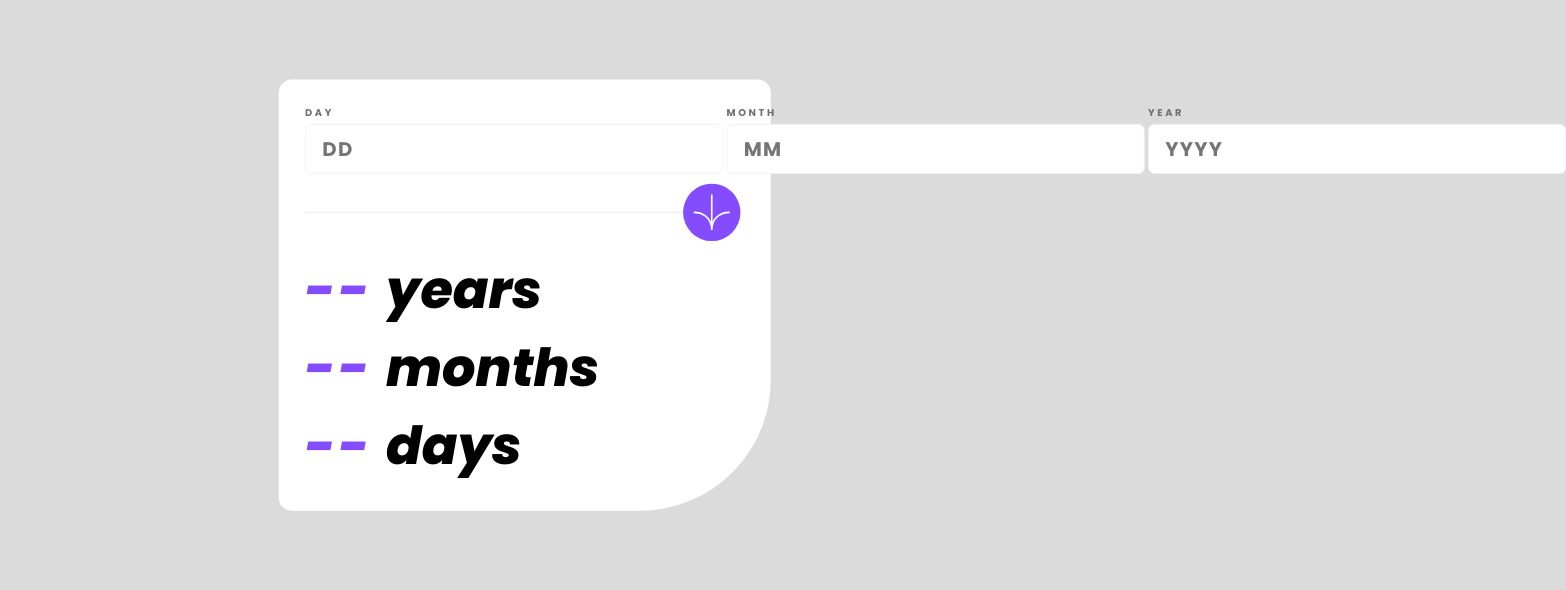
Repository: blordeus/age-calculator-app
Page: /
The author's editor kept a copy of each file at every save. The page is drawn from the files as they stood at one save, then again after the next save.
The browser window is 1280 px wide. The page is 1910 px wide, then 1280 px, then 1910 px, so the pictures cover 1910 px, including what lies to the right of the window. The pictures show the whole page, at 82% of full size.
The project was rebuilt for these pictures with package versions that can differ from the ones it lists, and the page was loaded fresh each time.

Above is the page before, as saved 2023-08-23 16:02:16.

### src/App.js
 import { useState } from "react";
 import "./style.css";

 import arrowIcon from './images/icon-arrow.svg'

const App = () => {
  const [formData, setFormData] = useState({
    day: "",
    month: "",
    year: "",
  });

  const [formErrors, setFormErrors] = useState({
    day: "",
    month: "",
    year: "",
    generic: "",
  });

  const [output, setOutput] = useState({
    days: "",
    months: "",
    years: "",
  });

  const hasErrors = formErrors.day || formErrors.month || formErrors.year || formErrors.generic;

  return (
    <div className="card-container">
      <div className="inputs-container">
      <div className="input-label-container">
        <label htmlFor="day" style={{
          color: hasErrors ? "hsl(0,100%,67%)" : "hsl(0,1%,44%)",
        }}>Day</label>
        <input
        type="number"
        id="day"
        placeholder="DD"
        min={1}
        value={formData.day}
        style={{
          border: hasErrors
          ? '1px solid hsl(0,100%,67%)'
          : '1px solid hsl(0,0%,94%)'
        }}
        onChange={(e) =>
        setFormData((prevState) =>
        ({...prevState,
          day:e.target.value}))}
        />
        {formErrors.day && <p className="error">{formErrors.day}</p>}
      </div>

      <div className="input-label-container">
        <label htmlFor="month" style={{
          color: hasErrors ? "hsl(0,100%,67%)" : "hsl(0,1%,44%)",
        }}>Month</label>
        <input
        type="number"
        id="day"
        placeholder="MM"
        min={1}
        value={formData.month}
        style={{
          border: hasErrors
          ? '1px solid hsl(0,100%,67%)'
          : '1px solid hsl(0,0%,94%)'
        }}
        onChange={(e) =>
        setFormData((prevState) =>
        ({...prevState,
          month:e.target.value}))}
        />
        {formErrors.month && <p className="error">{formErrors.month}</p>}
      </div>

      <div className="input-label-container">
        <label htmlFor="year" style={{
          color: hasErrors ? "hsl(0,100%,67%)" : "hsl(0,1%,44%)",
        }}>Year</label>
        <input
        type="number"
        id="year"
        placeholder="YYYY"
        min={1}
        value={formData.year}
        style={{
          border: hasErrors
          ? '1px solid hsl(0,100%,67%)'
          : '1px solid hsl(0,0%,94%)'
        }}
        onChange={(e) =>
        setFormData((prevState) =>
        ({...prevState,
          year:e.target.value}))}
        />
        {formErrors.year && <p className="error">{formErrors.year}</p>}
      </div>
    </div>

    {formErrors.generic && (
      <p className="error generic">{formErrors.generic}</p>
    )}

<div className="divider-container">
  <div className="divider"></div>

  <button className="btn" onClick={() => null}>
    <img src={arrowIcon} alt="arrowIcon" />
  </button>
</div>

<div className="output-container">
  <h1>
    <span className="highlighted">
    {output.years === "" ? '--' : output.years}{" "}
    </span>
    {output.years === 1 ? 'year' : "years"}
    </h1>

    <h1>
    <span className="highlighted">
    {output.months === "" ? '--' : output.months}{" "}
    </span>
    {output.months === 1 ? 'month' : "months"}
    </h1>

    <h1>
    <span className="highlighted">
    {output.days === "" ? '--' : output.days}{" "}
    </span>
    {output.days === 1 ? 'day' : "days"}
    </h1>
</div>
    </div>
  );
};

export default App;

### src/style.css
@import url("https://fonts.googleapis.com/css2?family=Poppins:ital,wght@0,700;1,400;1,800&display=swap");

* {
  box-sizing: border-box;
  margin: 0;
  padding: 0;
  font-family: "Poppins", sans-serif;
}

:root {
  --Purple: hsl(259, 100%, 65%);
  --Light-red: hsl(0, 100%, 67%);
  --White: hsl(0, 0%, 100%);
  --Off-white: hsl(0, 0%, 94%);
  --Light-grey: hsl(0, 0%, 86%);
  --Smokey-grey: hsl(0, 1%, 44%);
  --Off-black: hsl(0, 0%, 8%);
}

body {
  background-color: var(--Light-grey);
  min-height: 100vh;
  display: flex;
  align-items: center;
  justify-content: center;
}

.card-container {
  width: 600px;
  border-radius: 1rem 1rem 10rem 1rem;
  background-color: var(--White);
  padding: 2rem;
  max-width: 90vw;
  margin-top: 1rem;
  margin-bottom: 1rem;
}

.inputs-container {
  display: flex;
  gap: 0.25rem;
}

.input-label-container {
  display: flex;
  flex-direction: column;
  gap: 0.25rem;
  flex: 1;
}

.input-label-container label {
  text-transform: uppercase;
  font-size: 0.75rem;
  letter-spacing: 0.2rem;
}

.input-label-container input {
  width: 130opx;
  padding: 0.75rem 1rem 0.75rem 1.25rem;
  font-size: 1.5rem;
  color: var(--Off-black);
  border-radius: 0.5rem;
  outline: none;
  letter-spacing: 0.1rem;
}

.error {
  color: var(--Light-red);
  font-weight: 400;
  font-style: italic;
  margin-top: 0.25rem;
  letter-spacing: 0.1rem;
  font-size: 0.75rem;
}

.error.generic {
  margin-top: 0.5rem;
}

.divider-container {
  display: flex;
  align-items: center;
  margin-top: 0.75rem;
  margin-bottom: 0.75rem;
}

.divider {
  height: 2px;
  background-color: var(--Off-white);
  width: 86%;
}

.btn {
  width: 70px;
  height: 70px;
  border-radius: 50%;
  background-color: var(--Purple);
  border:none;
  cursor: pointer;
  display: flex;
  align-items: center;
  justify-content: center;
}

.btn:hover {
  background-color: var(--Off-Black);
}

.output-container h1 {
  font-size: 4rem;
  font-weight: 800;
  font-style: italic;
}

.output-container .highlighted {
  color: var(--Purple);
  letter-spacing: 0.25rem;
}

@media only screen and (max-width: 620px) {
  .divider-container {
    display: block;
    position: relative;
    margin-top: 3rem;
    margin-bottom: 3rem;
  }

  .divider {
  width: 100%;
}

.btn {
  position: absolute;
  left: 50%;
  top: 50%;
  transform: translate(-50%, -50%);
}

.inputs-container {
  gap: 0.85rem;
}

.input-label-container input {
  font-size: 1rem;
}

.output-container h1 {
  font-size: 2.5rem;
}
}

@media only screen and (max-width: 530px) {
.inputs-container {
  flex-direction: column;
}

.input-label-container {
  width: 100%;
}

.input-label-container input {
  width: 100%;
}

.card-container {
  border-radius: 1rem 1rem 5rem 1rem;
}
}

Loaded but not shown: src/index.js (common file)

After the next save:
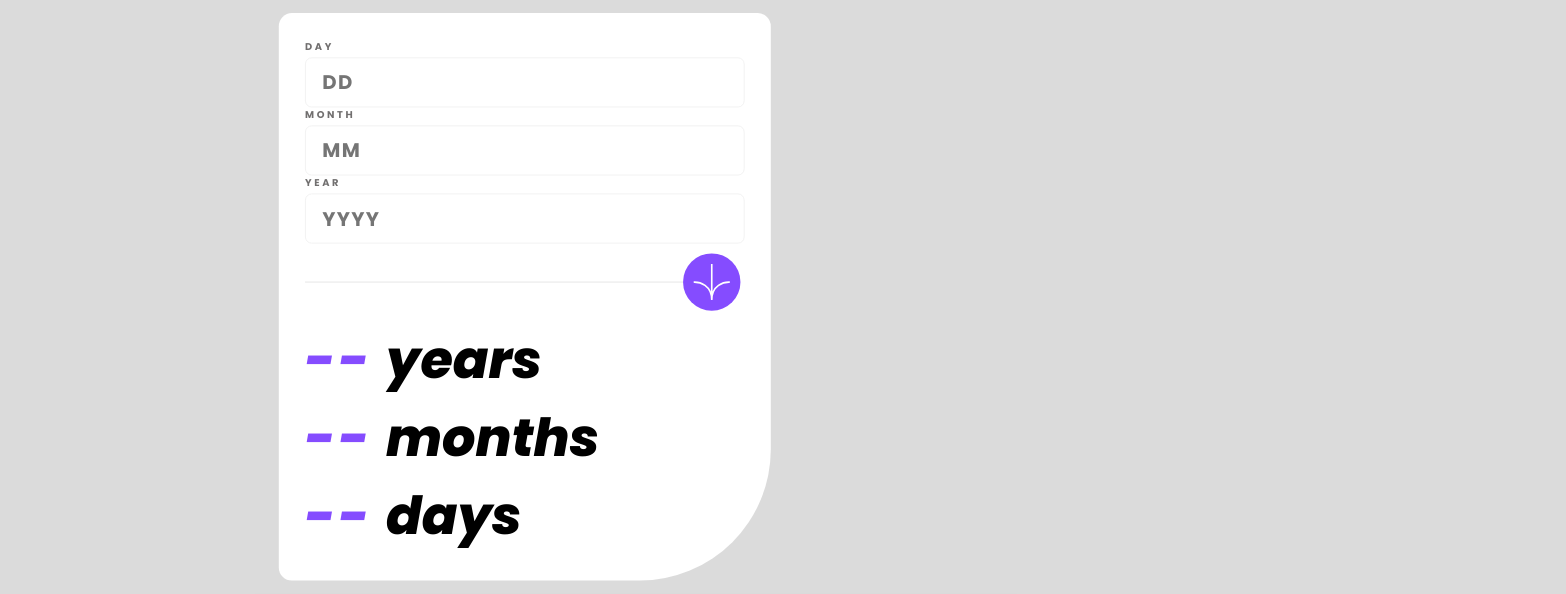
Saved 53 s later.
--- a/src/style.css
+++ b/src/style.css
@@ -36,7 +36,7 @@
 }
 
 .inputs-container {
-  display: flex;
+  display: ;
   gap: 0.25rem;
 }
 

After the save that followed:
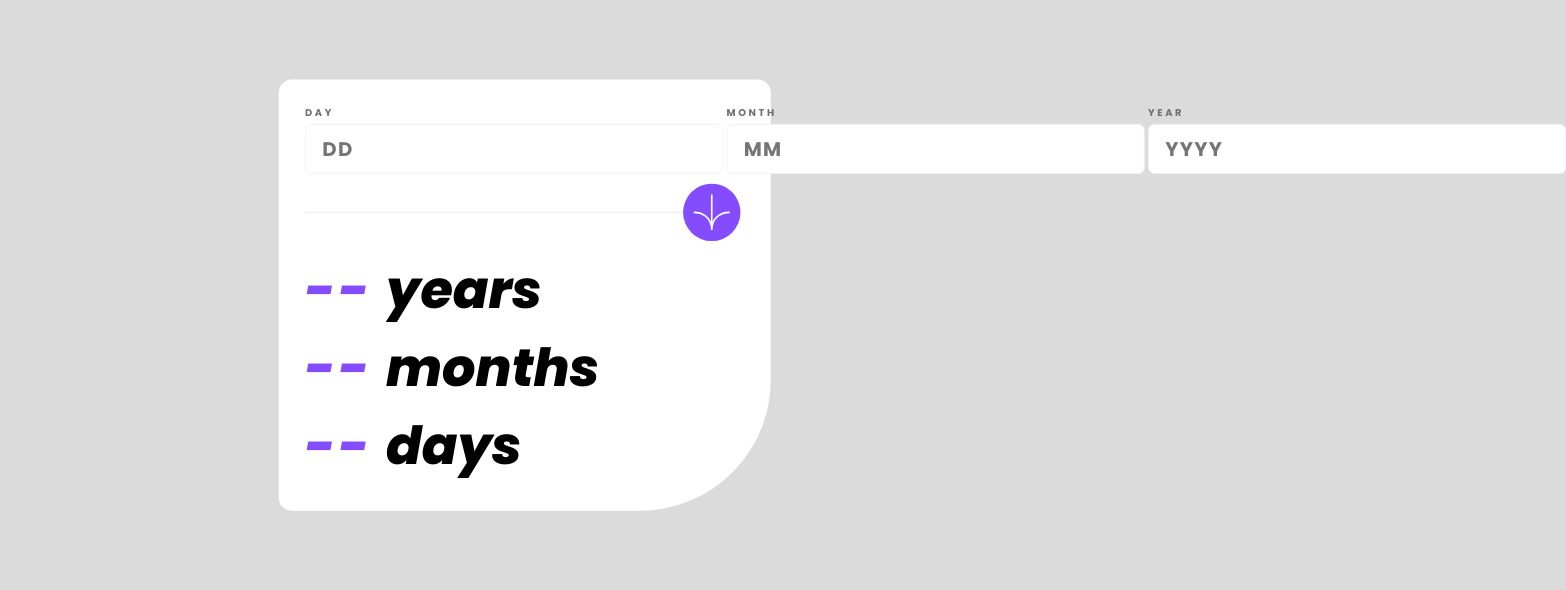
Saved 20 s later.
--- a/src/style.css
+++ b/src/style.css
@@ -36,7 +36,7 @@
 }
 
 .inputs-container {
-  display: ;
+  display: flex;
   gap: 0.25rem;
 }
 
